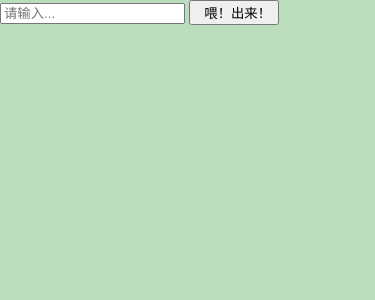
Repository: StarunneR/one-page
Page: index.html
An editor plug-in stored every save of this project. The page is shown before and after the next save, followed by the edit.
The browser window is 375 px wide. The pictures show the whole page.

Above is the page before, as saved 2022-01-08 18:27:51.

After the next save:
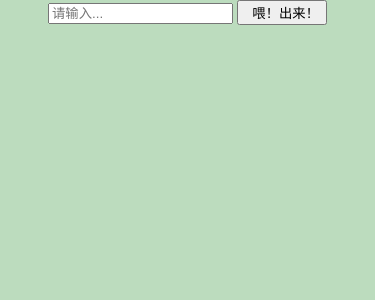
Saved 7 min 6 s later.
--- a/static/css/main.css
+++ b/static/css/main.css
@@ -32,6 +32,11 @@ html {
   html {
     font-size: 14px;
   }
+body {
+    text-align: center;
+    min-height: 0px;
+}
+
 }
 @media screen and (min-width: 376px) and (max-width: 414px) {
   html {
@@ -63,3 +68,6 @@ html {
     font-size: 20px;
   }
 }
+.front_page {
+  text-align: center;
+}
